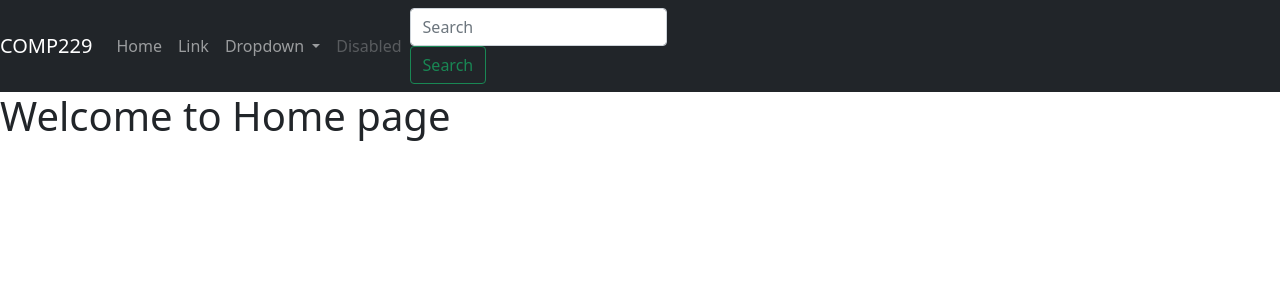
Repository: kiruriluap/COMP229-M2022-Labs
Page: http://localhost/
The author's editor kept a copy of each file at every save. The page is drawn from the files as they stood at one save, then again after the next save.
The browser window is 1280 px wide. The pictures show the whole page.
The page is served by the project's Node server (server.js). Other server files are loaded and not shown.

Above is the page before, as saved 2022-05-28 17:16:52.

### week3-6 Partials - Copy - Copy/views/index.ejs
<!DOCTYPE html>
<html lang="en">
<head>
  <meta charset="UTF-8">
  <meta http-equiv="X-UA-Compatible" content="IE=edge">
  <meta name="viewport" content="width=device-width, initial-scale=1.0">
  <title><%= title %></title>
<!-- CSS Section -->
<link rel="stylesheet" href="/bootstrap/dist/css/bootstrap.min.css">
<link rel="stylesheet" href="/@fortawesome/fontawesome-free/css/all.min.css">
  <link rel='stylesheet' href='/content/app.css' />
</head>
<body>
  <!-- Main Navigator -->
  <nav class="navbar navbar-expand-lg navbar-dark bg-dark">
    <a class="navbar-brand" href="#">COMP229</a>

    <button class="navbar-toggler" type="button" data-toggle="collapse" data-target="#navbarSupportedContent" aria-controls="navbarSupportedContent" aria-expanded="false" aria-label="Toggle navigation">
      <span class="navbar-toggler-icon"></span>
    </button>

    <div class="collapse navbar-collapse" id="navbarSupportedContent">
      <ul class="navbar-nav mr-auto">
        <li class="nav-item active">
          <a class="nav-link" href="#">Home <span class="sr-only">(current)</span></a>
        </li>
        <li class="nav-item">
          <a class="nav-link" href="#">Link</a>
        </li>
        <li class="nav-item dropdown">
          <a class="nav-link dropdown-toggle" href="#" id="navbarDropdown" role="button" data-toggle="dropdown" aria-haspopup="true" aria-expanded="false">
            Dropdown
          </a>
          <div class="dropdown-menu" aria-labelledby="navbarDropdown">
            <a class="dropdown-item" href="#">Action</a>
            <a class="dropdown-item" href="#">Another action</a>
            <div class="dropdown-divider"></div>
            <a class="dropdown-item" href="#">Something else here</a>
          </div>
        </li>
        <li class="nav-item">
          <a class="nav-link disabled" href="#" tabindex="-1" aria-disabled="true">Disabled</a>
        </li>
      </ul>
      <form class="form-inline my-2 my-lg-0">
        <input class="form-control mr-sm-2" type="search" placeholder="Search" aria-label="Search">
        <button class="btn btn-outline-success my-2 my-sm-0" type="submit">Search</button>
      </form>
    </div>
  </nav>
  <h1>Welcome to <%= title %> page</h1>


<!-- Script Section -->
<script src="/jquery/dist/jquery.min.js"></script>
<script src="/bootstrap/dist/js/bootstrap.min.js"></script>
    <script src="/Scripts/app.js"></script>
</body>
</html>

### week3-6 Partials - Copy - Copy/server.js
#!/usr/bin/env node

/**
 * Module dependencies.
 */

var app = require('./app');
var debug = require('debug')('week3-2:server');
var http = require('http');

/**
 * Get port from environment and store in Express.
 */

var port = normalizePort(process.env.PORT || '3000');
app.set('port', port);

/**
 * Create HTTP server.
 */

var server = http.createServer(app);

/**
 * Listen on provided port, on all network interfaces.
 */

server.listen(port);
server.on('error', onError);
server.on('listening', onListening);

/**
 * Normalize a port into a number, string, or false.
 */

function normalizePort(val) {
  var port = parseInt(val, 10);

  if (isNaN(port)) {
    // named pipe
    return val;
  }

  if (port >= 0) {
    // port number
    return port;
  }

  return false;
}

/**
 * Event listener for HTTP server "error" event.
 */

function onError(error) {
  if (error.syscall !== 'listen') {
    throw error;
  }

  var bind = typeof port === 'string'
    ? 'Pipe ' + port
    : 'Port ' + port;

  // handle specific listen errors with friendly messages
  switch (error.code) {
    case 'EACCES':
      console.error(bind + ' requires elevated privileges');
      process.exit(1);
      break;
    case 'EADDRINUSE':
      console.error(bind + ' is already in use');
      process.exit(1);
      break;
    default:
      throw error;
  }
}

/**
 * Event listener for HTTP server "listening" event.
 */

function onListening() {
  var addr = server.address();
  var bind = typeof addr === 'string'
    ? 'pipe ' + addr
    : 'port ' + addr.port;
  debug('Listening on ' + bind);
}

### week3-6 Partials - Copy - Copy/routes/index.js
var express = require('express');
var router = express.Router();

/* GET Home page. */
router.get('/', function(req, res, next) {
  res.render('index', { title: 'Home' });
});

/* GET Home page. */
router.get('/home', function(req, res, next) {
  res.render('index', { title: 'Home' });
});

/* GET About Me page. */
router.get('/about', function(req, res, next) {
  res.render('index', { title: 'About' });
});

/* GET Projects page. */
router.get('/projects', function(req, res, next) {
  res.render('index', { title: 'Projects' });
});

/* GET Services page. */
router.get('/services', function(req, res, next) {
  res.render('index', { title: 'Services' });
});

/* GET Contact page. */
router.get('/Contact', function(req, res, next) {
  res.render('index', { title: 'Contact' });
});

module.exports = router;

### week3-6 Partials - Copy - Copy/app.js
//installed 3rd party packages
let createError = require('http-errors');
let express = require('express');
let path = require('path');
let cookieParser = require('cookie-parser');
let logger = require('morgan');

let indexRouter = require('./routes/index');
let usersRouter = require('./routes/users');

let app = express();

// view engine setup
app.set('views', path.join(__dirname, 'views'));
app.set('view engine', 'ejs');//express -e

app.use(logger('dev'));
app.use(express.json());
app.use(express.urlencoded({ extended: false }));
app.use(cookieParser());
app.use(express.static(path.join(__dirname, 'public')));
app.use(express.static(path.join(__dirname, 'node_modules')));

app.use('/', indexRouter);
app.use('/users', usersRouter);

// catch 404 and forward to error handler
app.use(function(req, res, next) {
  next(createError(404));
});

// error handler
app.use(function(err, req, res, next) {
  // set locals, only providing error in development
  res.locals.message = err.message;
  res.locals.error = req.app.get('env') === 'development' ? err : {};

  // render the error page
  res.status(err.status || 500);
  res.render('error');
});

module.exports = app;

### week3-6 Partials - Copy - Copy/public/Scripts/app.js
//IIFE --Immedistely involved function expression
(function(){

function start()
{
console.log("App started........");
}

window.addEventListener("load", start);

})();

### week3-6 Partials - Copy - Copy/public/Content/app.css
/* custom css goes here */

After the next save:
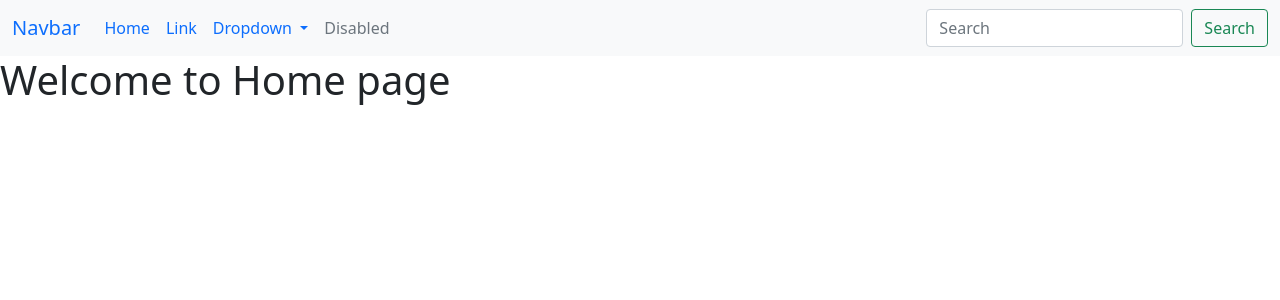
Saved 63 s later.
--- a/week3-6 Partials - Copy - Copy/views/index.ejs
+++ b/week3-6 Partials - Copy - Copy/views/index.ejs
@@ -12,40 +12,40 @@
 </head>
 <body>
   <!-- Main Navigator -->
-  <nav class="navbar navbar-expand-lg navbar-dark bg-dark">
-    <a class="navbar-brand" href="#">COMP229</a>
-
-    <button class="navbar-toggler" type="button" data-toggle="collapse" data-target="#navbarSupportedContent" aria-controls="navbarSupportedContent" aria-expanded="false" aria-label="Toggle navigation">
-      <span class="navbar-toggler-icon"></span>
-    </button>
-
-    <div class="collapse navbar-collapse" id="navbarSupportedContent">
-      <ul class="navbar-nav mr-auto">
-        <li class="nav-item active">
-          <a class="nav-link" href="#">Home <span class="sr-only">(current)</span></a>
-        </li>
-        <li class="nav-item">
-          <a class="nav-link" href="#">Link</a>
-        </li>
-        <li class="nav-item dropdown">
-          <a class="nav-link dropdown-toggle" href="#" id="navbarDropdown" role="button" data-toggle="dropdown" aria-haspopup="true" aria-expanded="false">
-            Dropdown
-          </a>
-          <div class="dropdown-menu" aria-labelledby="navbarDropdown">
-            <a class="dropdown-item" href="#">Action</a>
-            <a class="dropdown-item" href="#">Another action</a>
-            <div class="dropdown-divider"></div>
-            <a class="dropdown-item" href="#">Something else here</a>
-          </div>
-        </li>
-        <li class="nav-item">
-          <a class="nav-link disabled" href="#" tabindex="-1" aria-disabled="true">Disabled</a>
-        </li>
-      </ul>
-      <form class="form-inline my-2 my-lg-0">
-        <input class="form-control mr-sm-2" type="search" placeholder="Search" aria-label="Search">
-        <button class="btn btn-outline-success my-2 my-sm-0" type="submit">Search</button>
-      </form>
+  <nav class="navbar navbar-expand-lg bg-light">
+    <div class="container-fluid">
+      <a class="navbar-brand" href="#">Navbar</a>
+      <button class="navbar-toggler" type="button" data-bs-toggle="collapse" data-bs-target="#navbarSupportedContent" aria-controls="navbarSupportedContent" aria-expanded="false" aria-label="Toggle navigation">
+        <span class="navbar-toggler-icon"></span>
+      </button>
+      <div class="collapse navbar-collapse" id="navbarSupportedContent">
+        <ul class="navbar-nav me-auto mb-2 mb-lg-0">
+          <li class="nav-item">
+            <a class="nav-link active" aria-current="page" href="#">Home</a>
+          </li>
+          <li class="nav-item">
+            <a class="nav-link" href="#">Link</a>
+          </li>
+          <li class="nav-item dropdown">
+            <a class="nav-link dropdown-toggle" href="#" id="navbarDropdown" role="button" data-bs-toggle="dropdown" aria-expanded="false">
+              Dropdown
+            </a>
+            <ul class="dropdown-menu" aria-labelledby="navbarDropdown">
+              <li><a class="dropdown-item" href="#">Action</a></li>
+              <li><a class="dropdown-item" href="#">Another action</a></li>
+              <li><hr class="dropdown-divider"></li>
+              <li><a class="dropdown-item" href="#">Something else here</a></li>
+            </ul>
+          </li>
+          <li class="nav-item">
+            <a class="nav-link disabled">Disabled</a>
+          </li>
+        </ul>
+        <form class="d-flex" role="search">
+          <input class="form-control me-2" type="search" placeholder="Search" aria-label="Search">
+          <button class="btn btn-outline-success" type="submit">Search</button>
+        </form>
+      </div>
     </div>
   </nav>
   <h1>Welcome to <%= title %> page</h1>
